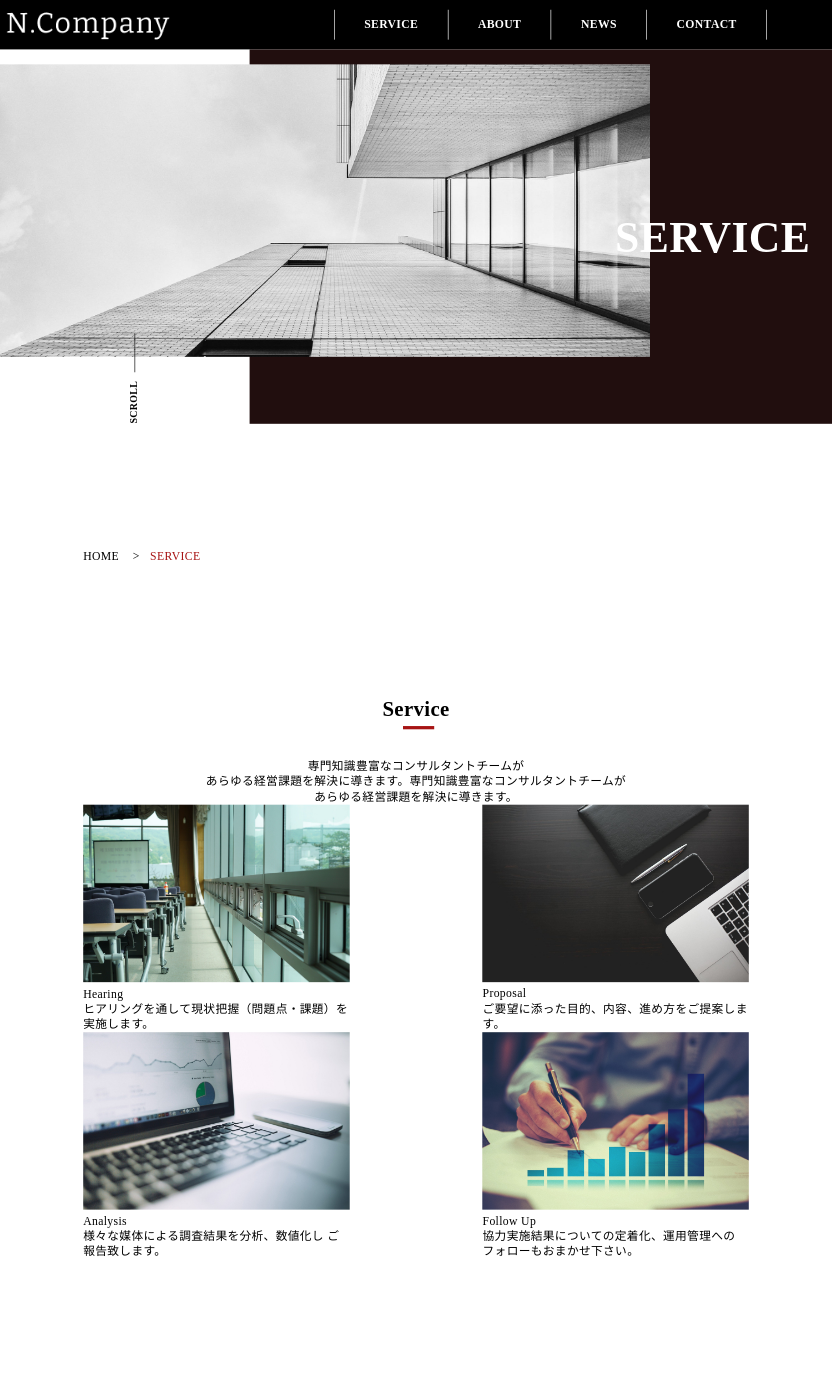
Repository: nozomi-23/hp2_test
Page: html/service.html
An editor plug-in stored every save of this project. The page is shown before and after the next save, followed by the edit.
The browser window is 1280 px wide. The pictures show the whole page, at 65% of full size.
Some web fonts or font styles are not loaded; a fallback is used. Some web libraries are served in a nearby version.

Above is the page before, as saved 2022-06-25 21:54:23.

After the next save:
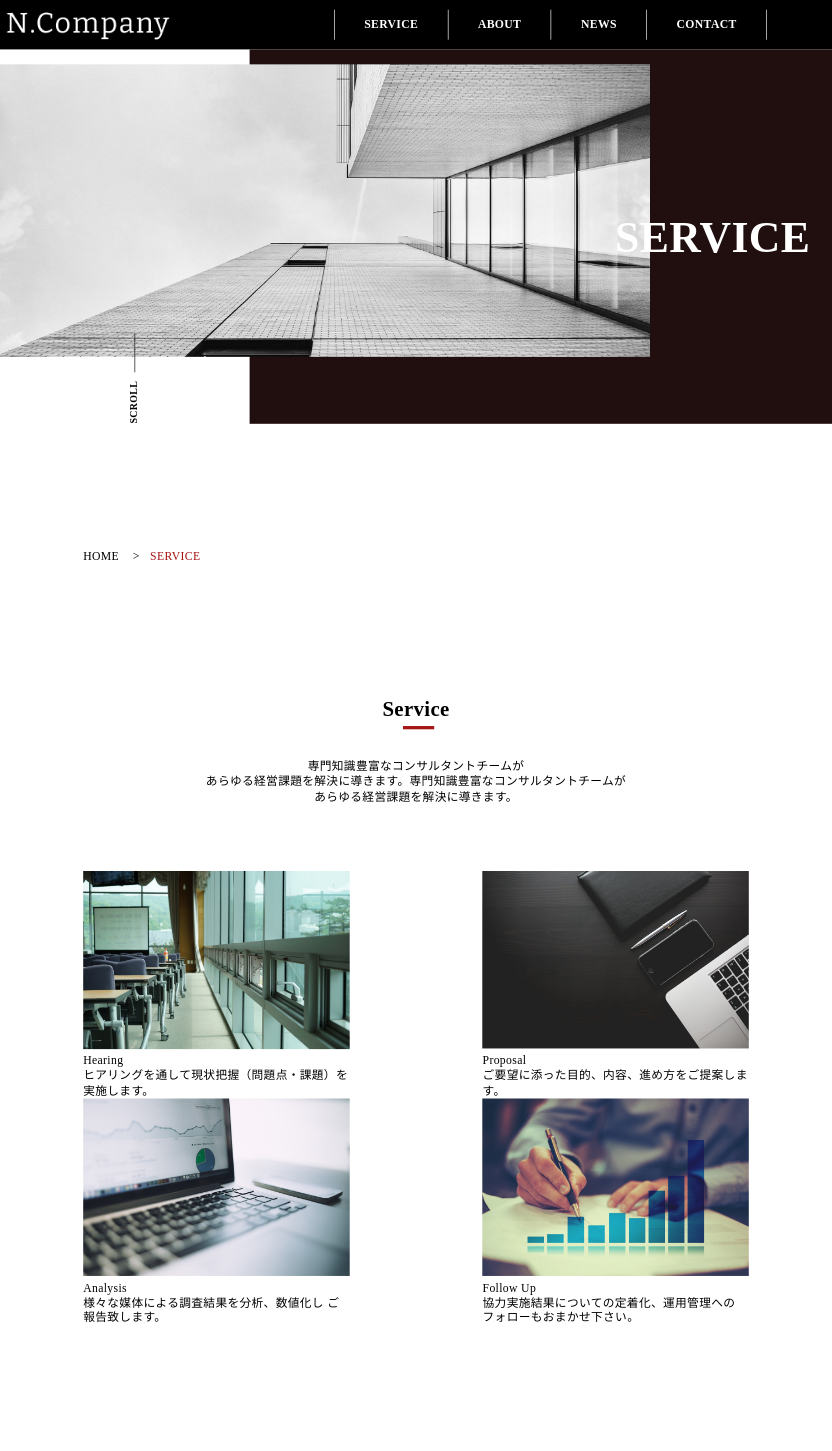
Saved 3 min 48 s later.
--- a/css/service.css
+++ b/css/service.css
@@ -8,7 +8,7 @@ service_intro
   text-align: center;
 }
 
-.service_all {
+.service_intro_all {
   margin: 10% 0;
 }
 
